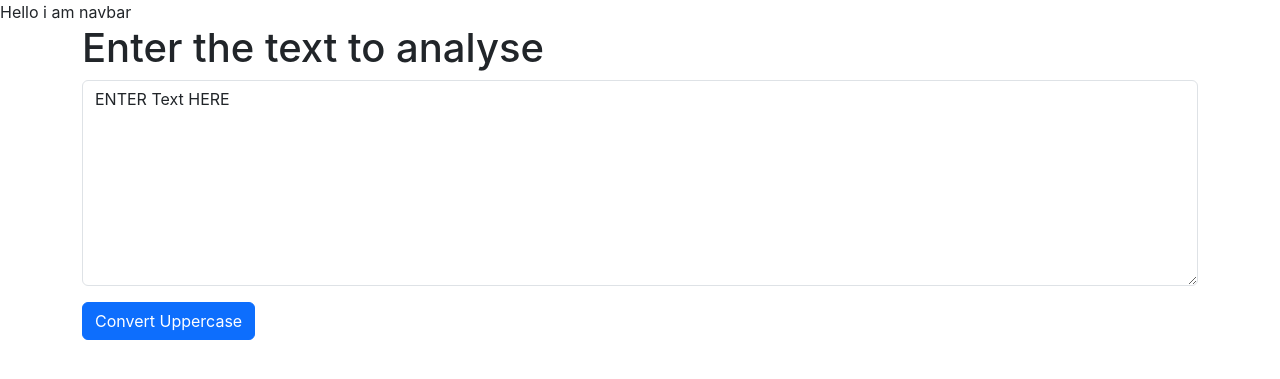
Repository: Aastha1035/React.navbar
Page: /
An editor plug-in stored every save of this project. The page is shown before and after the next save, followed by the edit.
The browser window is 1280 px wide. The pictures show the whole page.
The project was rebuilt for these pictures with package versions that can differ from the ones it lists, and the page was loaded fresh each time. Also part of the build but not shown: src/App.css.

Above is the page before, as saved 2024-07-17 12:09:54.

### public/index.html
<!DOCTYPE html>
<html lang="en">
  <head>
    <meta charset="utf-8" />
    <link rel="icon" href="%PUBLIC_URL%/favicon.ico" />
    <meta name="viewport" content="width=device-width, initial-scale=1" />
    <meta name="theme-color" content="#000000" />
    <meta
      name="description"
      content="Web site created using create-react-app"
    />
    <link rel="apple-touch-icon" href="%PUBLIC_URL%/logo192.png" />
    <!--
      manifest.json provides metadata used when your web app is installed on a
      user's mobile device or desktop. See https://developers.google.com/web/fundamentals/web-app-manifest/
    -->
    <link rel="manifest" href="%PUBLIC_URL%/manifest.json" />
    <!--
      Notice the use of %PUBLIC_URL% in the tags above.
      It will be replaced with the URL of the `public` folder during the build.
      Only files inside the `public` folder can be referenced from the HTML.

      Unlike "/favicon.ico" or "favicon.ico", "%PUBLIC_URL%/favicon.ico" will
      work correctly both with client-side routing and a non-root public URL.
      Learn how to configure a non-root public URL by running `npm run build`.
    -->
    <link href="https://cdn.jsdelivr.net/npm/bootstrap@5.3.3/dist/css/bootstrap.min.css" rel="stylesheet" integrity="sha384-QWTKZyjpPEjISv5WaRU9OFeRpok6YctnYmDr5pNlyT2bRjXh0JMhjY6hW+ALEwIH" crossorigin="anonymous">
    <title>React App</title>
  </head>
  <body>
    <noscript>You need to enable JavaScript to run this app.</noscript>
    <div id="root"></div>
    <!--
      This HTML file is a template.
      If you open it directly in the browser, you will see an empty page.

      You can add webfonts, meta tags, or analytics to this file.
      The build step will place the bundled scripts into the <body> tag.

      To begin the development, run `npm start` or `yarn start`.
      To create a production bundle, use `npm run build` or `yarn build`.
    -->
    <script src="https://cdn.jsdelivr.net/npm/bootstrap@5.3.3/dist/js/bootstrap.bundle.min.js"
    integrity="sha384-YvpcrYf0tY3lHB60NNkmXc5s9fDVZLESaAA55NDzOxhy9GkcIdslK1eN7N6jIeHz"
    crossorigin="anonymous"></script>
  </body>
</html>

### src/App.js

import './App.css';
import Navbar from './components/Navbar';
import Textform from './components/Textform';

function App() {
  return (
    <>
   < Navbar title="TextUtils"/>
   <div className="container">
   <Textform heading="Enter the text to analyse"/>
   </div>

  </>
  );
}

export default App;

### src/components/Navbar.js
import React from 'react'

export default function Navbar() {
  return (
    <div>
      Hello i am navbar
    </div>
  )
}

### src/components/Textform.js
import React,{ useState } from "react";



export default function Textform(props) {
    const handleUpclick = ()=>{
        console.log("uppercase was clicked" + text);
        let newText = text.toUpperCase();
        setText(newText)
    }
    const handleOnchange= (event)=>{
        console.log("handle onchange");
        setText(event.target.value)
    }
    const [text, setText] = useState("ENTER Text HERE");
  return (
    <div>
        <h1>{props.heading}</h1>
      <div className="mb-3">
      <textarea className="form-control" value={text} onChange={handleOnchange} id="mybox" rows="8"></textarea>
     </div>
     <button className="btn btn-primary" onclick={handleUpclick}>Convert  Uppercase</button>
</div>
  )
}

Loaded but not shown: src/index.js (common file); src/index.css (common file); src/reportWebVitals.js (common file)

After the next save:
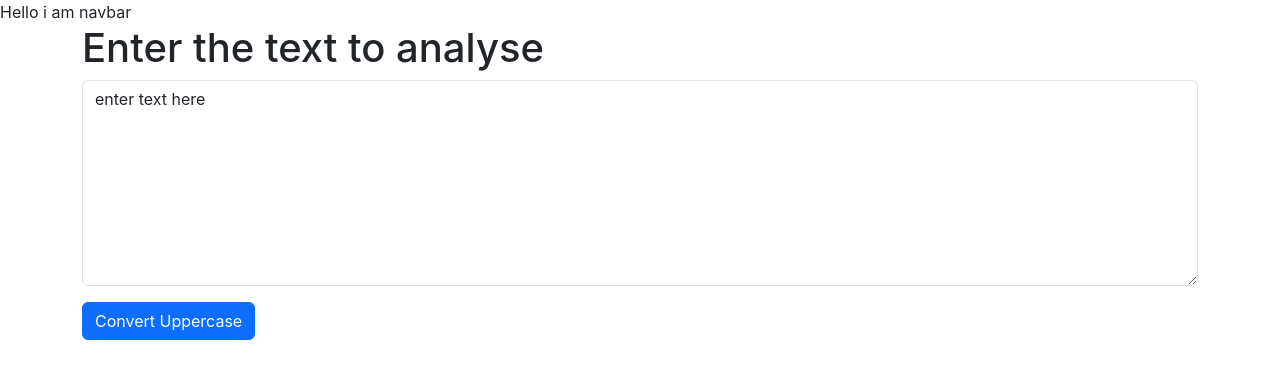
Saved 81 s later.
--- a/src/components/Textform.js
+++ b/src/components/Textform.js
@@ -12,7 +12,7 @@ export default function Textform(props) {
         console.log("handle onchange");
         setText(event.target.value)
     }
-    const [text, setText] = useState("ENTER Text HERE");
+    const [text, setText] = useState("enter text here");
   return (
     <div>
         <h1>{props.heading}</h1>
